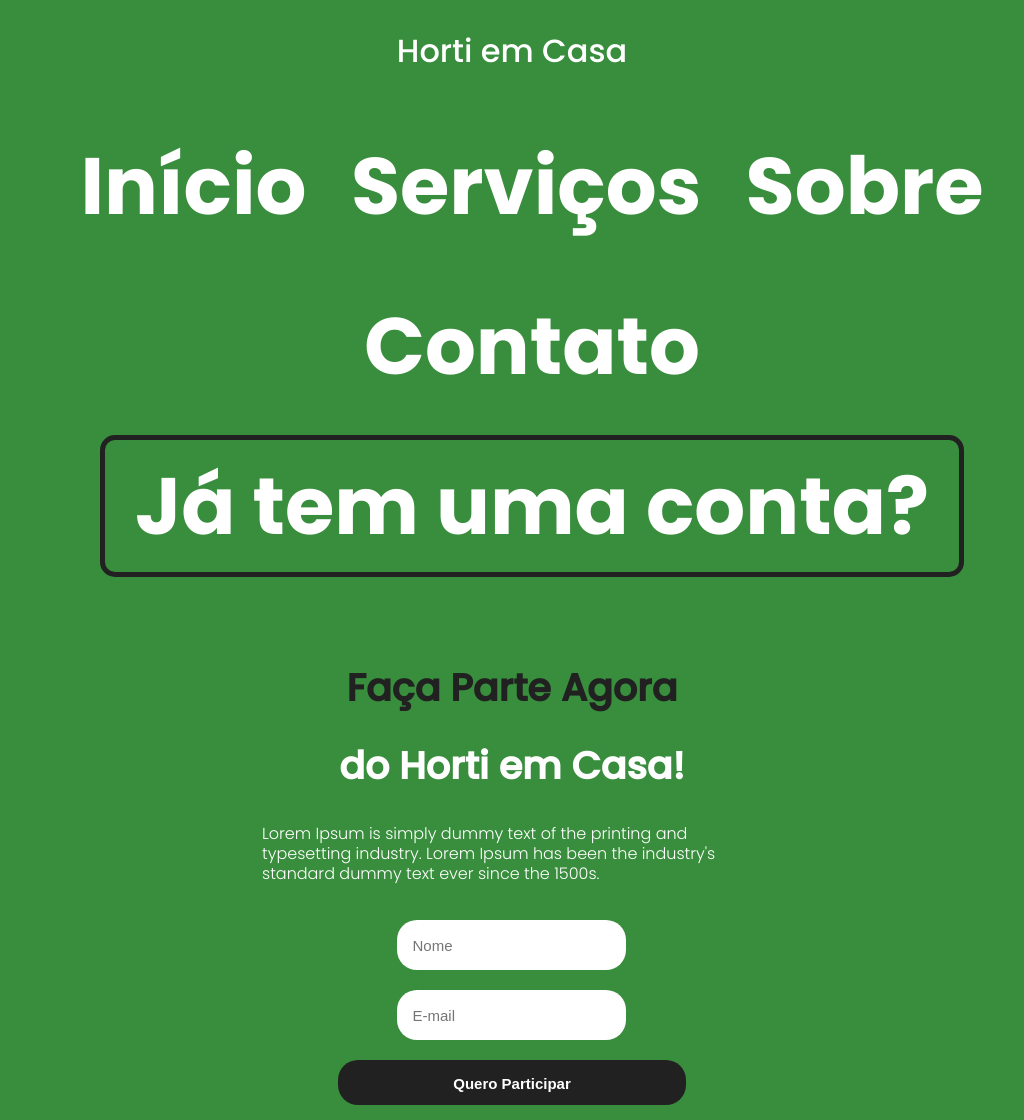
Repository: gabrielcastroo/horti-em-casa
Page: index.html
These files come from the project's save history. The page is drawn as it stood at one moment and after the next save; the edit follows.
The browser window is 1024 px wide. The pictures show the whole page.

Above is the page before, as saved 2022-04-26 12:20:30.

### index.html
<!DOCTYPE html>
<html lang="pt-br">
<head>
    <meta charset="UTF-8">
    <meta http-equiv="X-UA-Compatible" content="IE=edge">
    <link href="styles/style.css" rel="stylesheet">
    <link href="styles/fonts.css" rel="stylesheet">
    <link href="/styles/media.css" rel="stylesheet">
    <title>Horti em Casa</title>
</head>
<body>
    <header>
        <div>
            <h1>
                Horti em Casa
            </h1>
        </div>

        <ul>
            <a href="#"><li>Início</li></a>
            <a href="#"><li>Serviços</li></a>
            <a href="#"><li>Sobre</li></a>
            <a href="#"><li>Contato</li></a>
            <a href="#" id="inscrever"><li>Já tem uma conta?</li></a>
        </ul>
    </header>

    <main>
        <aside>
            <h2>
                <span>
                    Faça Parte Agora
                </span>
            </h2>
            <h2>
                do Horti em Casa!
            </h2>
            <p>
                Lorem Ipsum is simply dummy text of the printing and typesetting industry. Lorem Ipsum has been the industry's standard dummy text ever since the 1500s.
            </p>
            <form>
                <input type = "text" id = "name" placeholder = "Nome">
                <input type = "email" id = "email" placeholder = "E-mail">
                <input type = "submit" value = "Quero Participar" id="submit">
            </form>
        </aside>

        <article>
            <img src="components/images/legumes.png" alt = "legumes">
        </article>
    </main>
    <script src="js/script.js"></script>
</body>
</html>

### styles/style.css
body{
    /* background-color: rgba(#388E3C); */
    background-color: rgb(56, 142, 60);
    color: white;
    font-family: poppinsregular;
    max-Width: 1200px;
    margin: 0 auto;
    padding: 15px;
}

aside {
    display: flex;
    align-items: center;
    flex-direction: column;
}

header {
    display: flex; /* disposição dos elementos*/
    flex-direction: row;
    justify-content: space-between;
    align-items: center;

}

#title {
    flex-direction: column;
    line-height: 10px;

}

li{
    display: inline-block;
    margin: 20px;
}

a{
    color: white;
    font-family: poppinsbold;
}

a:hover {
    color: rgb(33, 33, 33);
    transition: 0.3s all;
}

#inscrever {
    border: 5px solid rgb(33, 33, 33);
    padding:10px;
    border-radius: 15px;
}

#inscrever:hover {
    background-color: rgb(33, 33, 33);
    color: white;
}

h1 {
    font-weight: 400;
    font-family: poppinsmedium;
}

h2{
    font-size: 50px;
    line-height: 15px;
    font-family: poppinsmedium;
}

main {
    display: flex; /* disposição dos elementos*/
    flex-direction: row;
    margin-top: 50px;
}

span{
    color: rgb(33, 33, 33)
}

p{
    line-height: 20px;
    max-width: 500px;
    font-family: poppinslight;
}

img {
    width: 380px;
    padding-left: 250px;
}

form {
    display: flex;
    flex-direction: column;
    width: 70%;
}

#submit {
    height: 20px;
    width: 50%;
    background-color: rgb(33,33,33);
    color: white;
    font-weight: bold;
    padding-bottom: 30px;
}

#submit:hover {
    cursor: pointer;
}

input {
    margin-top: 20px;
    height: 20px;
    padding: 15px;
    border-radius: 20px;
    border: none;
    font-size: 15px;
}

### styles/fonts.css
@font-face {
    font-family: 'poppinsblack';
    src: url('../components/fonts/poppins-black-webfont.woff2') format('woff2'),
         url('../components/fonts/poppins-black-webfont.woff') format('woff');
    font-weight: normal;
    font-style: normal;

  }




  @font-face {
    font-family: 'poppinsbold';
    src: url('../components/fonts/poppins-bold-webfont.woff2') format('woff2'),
         url('../components/fonts/poppins-bold-webfont.woff') format('woff');
    font-weight: normal;
    font-style: normal;

  }


  @font-face {
    font-family: 'poppinslight';
    src: url('../components/fonts/poppins-light-webfont.woff2') format('woff2'),
         url('../components/fonts/poppins-light-webfont.woff') format('woff');
    font-weight: normal;
    font-style: normal;

  }


  @font-face {
    font-family: 'poppinsmedium';
    src: url('../components/fonts/poppins-medium-webfont.woff2') format('woff2'),
         url('../components/fonts/poppins-medium-webfont.woff') format('woff');
    font-weight: normal;
    font-style: normal;

  }

  @font-face {
    font-family: 'poppinsregular';
    src: url('../components/fonts/poppins-regular-webfont.woff2') format('woff2'),
         url('../components/fonts/poppins-regular-webfont.woff') format('woff');
    font-weight: normal;
    font-style: normal;

  }

  @font-face {
    font-family: 'poppinssemibold';
    src: url('../components/fonts/poppins-semibold-webfont.woff2') format('woff2'),
         url('../components/fonts/poppins-semibold-webfont.woff') format('woff');
    font-weight: normal;
    font-style: normal;

  }

### styles/media.css
@media screen and (max-width: 1148px){

    a {
        font-size: 5em;
    }

    header{
        flex-direction: column;
    }

    main{
        flex-direction: column;
    }

    h2{
        font-size:38px;
    }

    form{
        margin: 0 auto;
    }

    input{
        align-self: center;
    }

    img{
        display: none;
    }

    ul {
        text-align: center;
    }
}

### js/script.js
var input = document. querySelector("#submit");


input.addEventListener("click", function(e) {

    const name = document.querySelector("#name").value;
    const email = document.querySelector("#email").value;

    console.log(name + email)

})

After the next save:
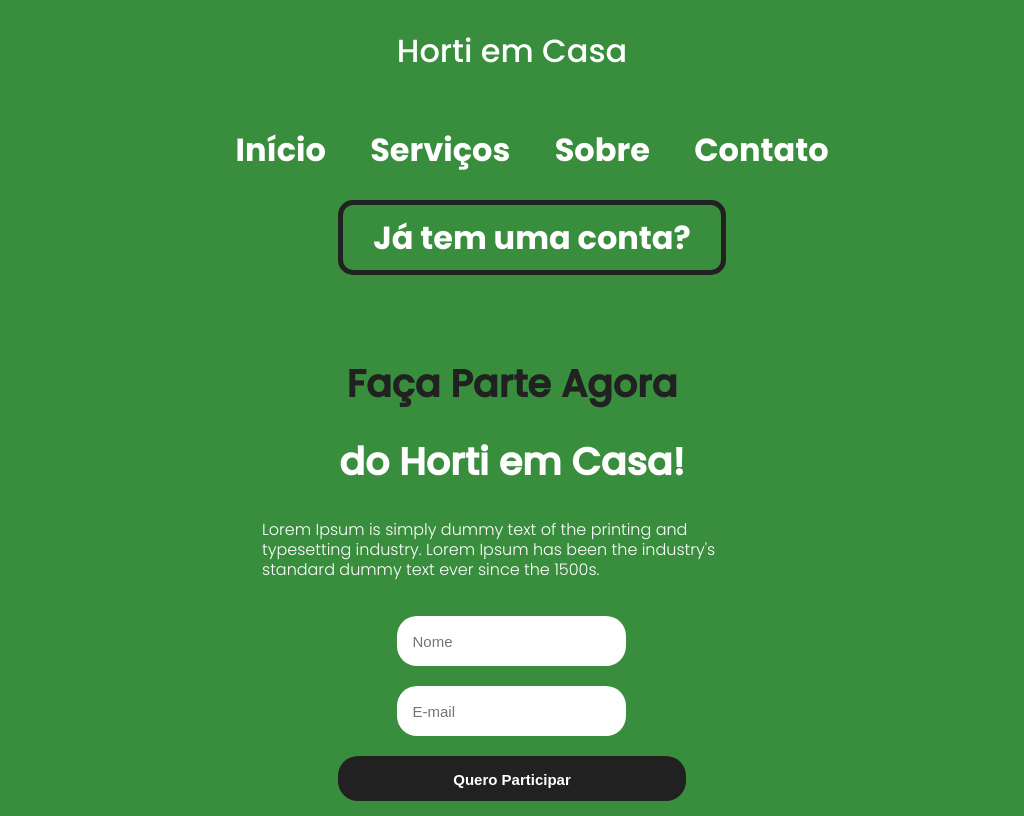
Saved 5 s later.
--- a/styles/media.css
+++ b/styles/media.css
@@ -1,7 +1,7 @@
 @media screen and (max-width: 1148px){
 
     a {
-        font-size: 5em;
+        font-size: 2em;
     }
 
     header{
